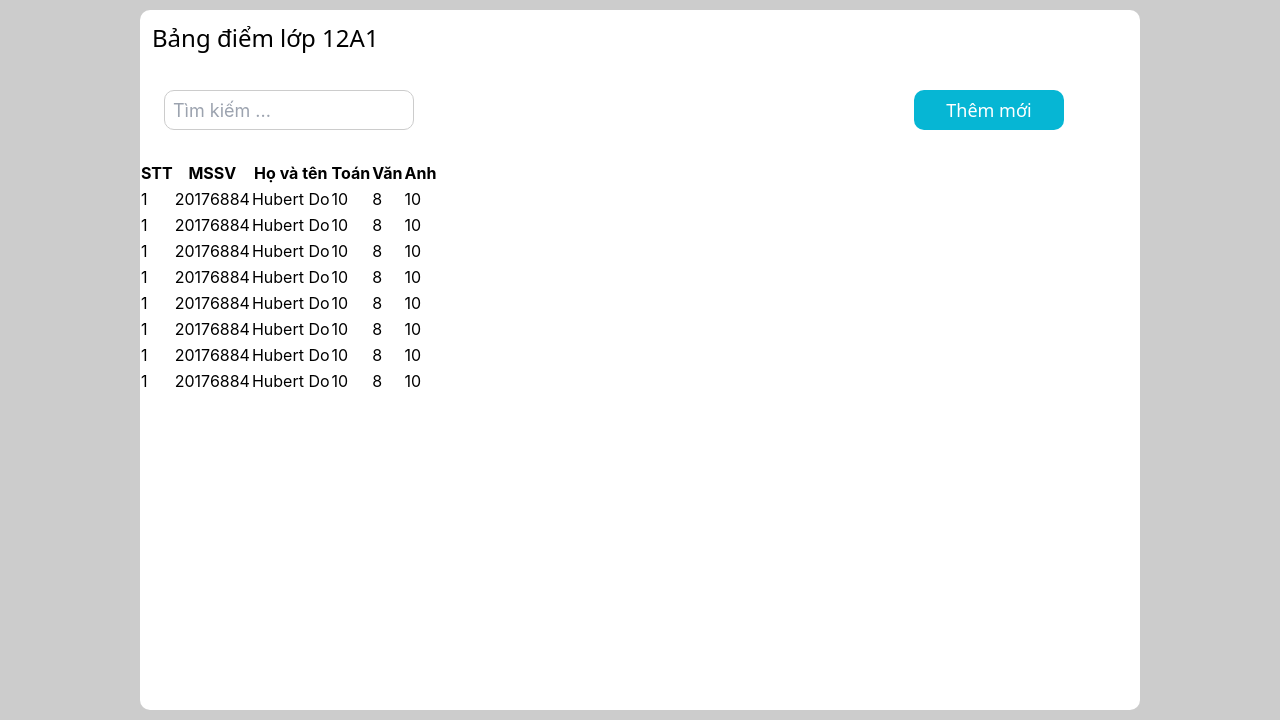
Repository: doducthuan/ReactJS-Movie
Page: /
The author's editor kept a copy of each file at every save. The page is drawn from the files as they stood at one save, then again after the next save.
The browser window is 1280 px wide. The pictures show the whole page.
The project was rebuilt for these pictures with package versions that can differ from the ones it lists, and the page was loaded fresh each time. Also part of the build but not shown: src/App.css.

Above is the page before, as saved 2024-01-13 07:38:33.

After the next save:
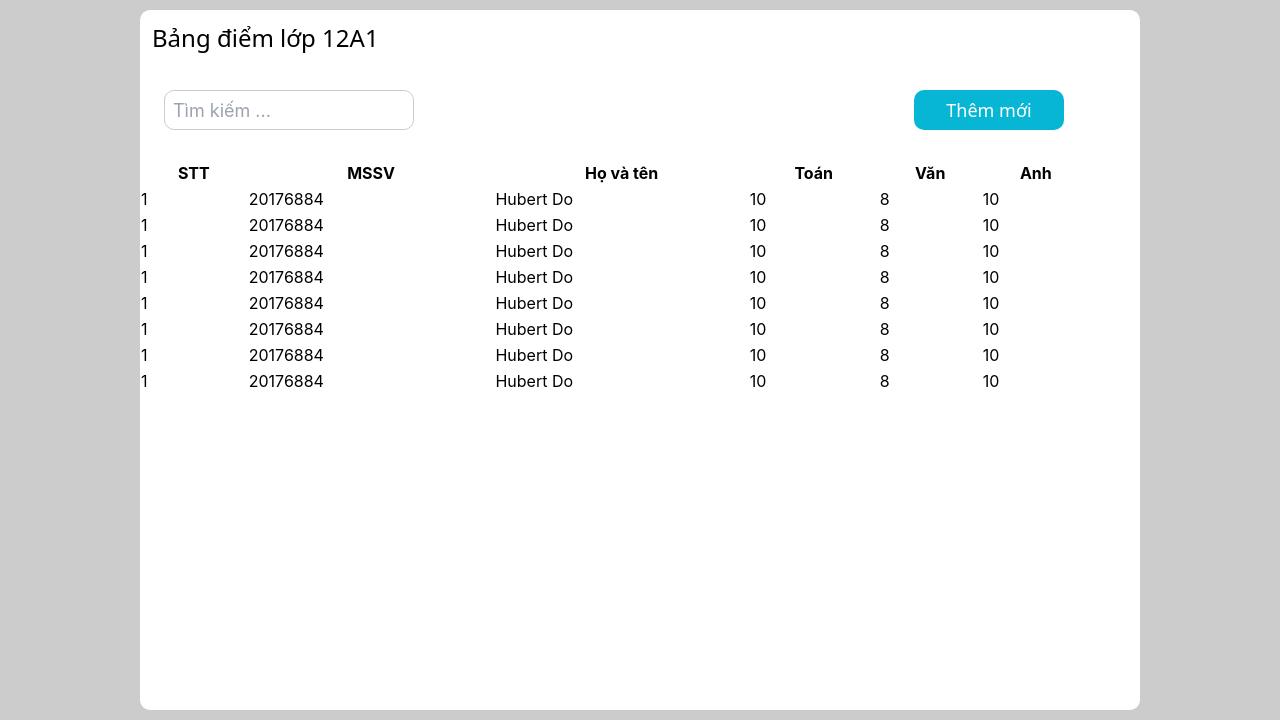
Saved 87 s later.
--- a/src/components/students/styles.css
+++ b/src/components/students/styles.css
@@ -31,3 +31,6 @@
     height: 40px;
     border-radius: 10px;
 }
+table{
+    width: 100%;
+}
